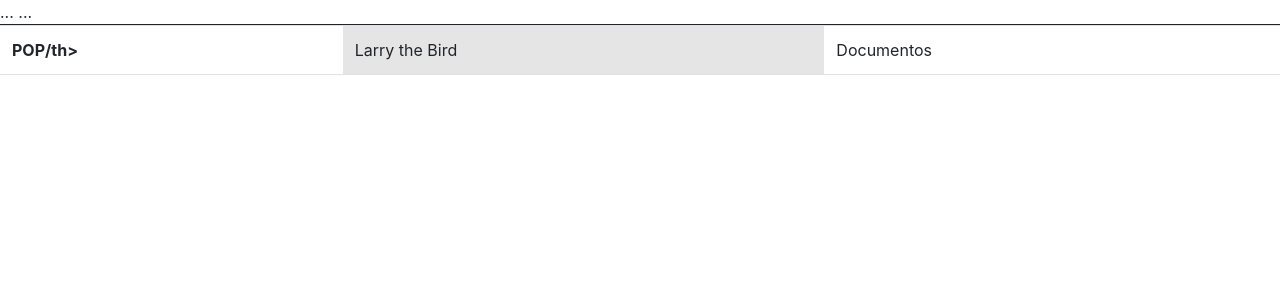
Repository: Leandromarim/INTRANET_PARTICULAR
Page: pop.html
These files come from the project's save history. The page is drawn as it stood at one moment and after the next save; the edit follows.
The browser window is 1280 px wide. The pictures show the whole page.

Above is the page before, as saved 2021-12-14 08:54:11.

### pop.html
<!DOCTYPE html>
<html lang="pt-br">

<head>
    <meta charset="UTF-8">
    <meta http-equiv="X-UA-Compatible" content="IE=edge" />
    <meta name="viewport" content="width=device-width, initial-scale=1.0" />
    <link rel="stylesheet" href="./assets/css/bootstrap-grid.css" />
    <link rel="stylesheet" href="./assets/css/bootstrap-grid.min.css" />
    <link rel="stylesheet" href="./assets/css/bootstrap.css" />
    <link rel="stylesheet" href="./assets/css/bootstrap.css" />
    <link rel="stylesheet" href="./assets/css/carousel.css" />
    <link rel="stylesheet" href="./assets/css/body.css" />
    <link rel="stylesheet" href="https://stackpath.bootstrapcdn.com/bootstrap/4.1.3/css/bootstrap.min.css" integrity="sha384-MCw98/SFnGE8fJT3GXwEOngsV7Zt27NXFoaoApmYm81iuXoPkFOJwJ8ERdknLPMO" crossorigin="anonymous">
    <link rel="icon" href="./image/ico/ico_ha.ico" />
    <title>Intranet 2.0</title>
</head>

<body>
    <main>


<table class="table table-">
  <thead>

  </thead>
  <tbody>
    <tr class="table-active">
      ...
    </tr>
    <tr>
      ...
    </tr>
    <tr>
      <th scope="row">POP/th>
      <td colspan="2" class="table-active">Larry the Bird</td>
      <td>Documentos</td>
    </tr>
  </tbody>
</table>

</main>
</body>
</html>

### assets/css/carousel.css
div.carousel {
    display: flex;
    position: relative;
    margin: auto;
    top: 60px;
    width: 64rem;
    padding-top: 15px;
    align-items: center;
    align-content: center;
    justify-content: center;
    justify-items: center;
}

.carousel-item {
    width: 100%;
}

.carousel img {
    border-radius: 20px 0 20px 0;
    border: 2px solid #525486;
}

.carousel-control-prev-icon {
    position: relative;
    display: flex;
    padding: 0.7rem;
    right: 40px;
    background-color: #525486;
    color: #525486;
    border: 2px solid #525486;
    outline: black;
    height: 100px;
    width: 100px;
    background-size: 100%, 100%;
    border-radius: 50%;
    border: 6px solid #525486;
}

.carousel-control-prev-icon:hover {
    background-color: #525486;
}

.carousel-control-next-icon {
    position: relative;
    display: flex;
    padding: 0.7rem;
    left: 40px;
    background-color: #525486;
    color: #525486;
    border: 2px solid #525486;
    outline: black;
    height: 100px;
    width: 100px;
    background-size: 100%, 100%;
    border-radius: 50%;
    border: 6px solid #525486;
}

.carousel-control-next-icon:hover {
    background-color: #525486;
}

div.carousel-indicators button.icon-slide {
    display: flex;
    position: relative;
    color: #525486;
    padding: 0.4rem;
    background-color: #525486;
    top: 20px;
    border-radius: 100%;
    width: 0.5px;
    height: 0.5px;
}

.carousel h5,
.carousel p {
    color: #525486af;
}

Loaded but not shown: assets/css/bootstrap-grid.css (library); assets/css/bootstrap-grid.min.css (library); assets/css/bootstrap.css (library); assets/css/body.css (no copy from this time; the picture is the same without it)

After the next save:
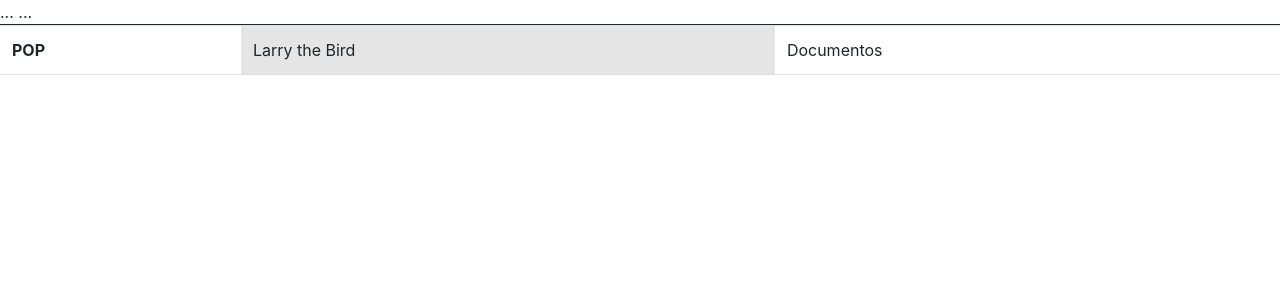
Saved 8 s later.
--- a/pop.html
+++ b/pop.html
@@ -32,7 +32,7 @@
       ...
     </tr>
     <tr>
-      <th scope="row">POP/th>
+      <th scope="row">POP</th>
       <td colspan="2" class="table-active">Larry the Bird</td>
       <td>Documentos</td>
     </tr>
